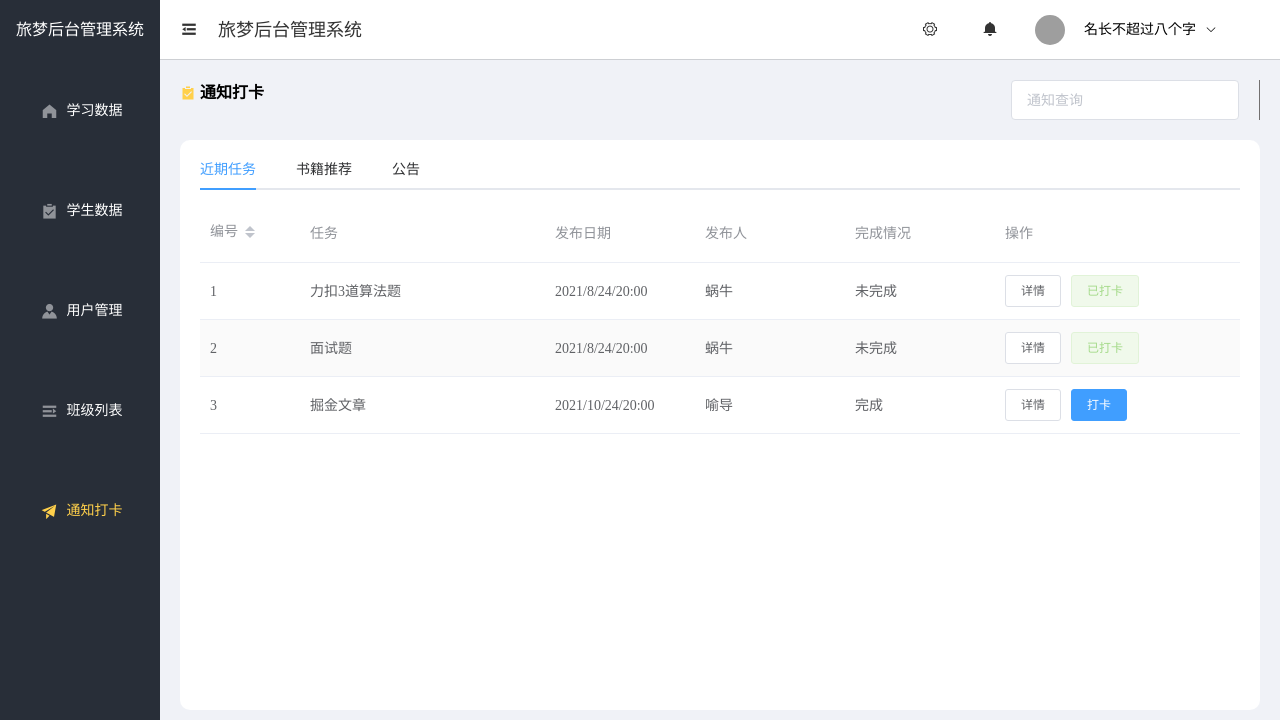
Repository: wangms618/LS-BS-management
Page: /Home
These files come from the project's save history. The page is drawn as it stood at one moment and after the next save; the edit follows.
The browser window is 1280 px wide. The pictures show the whole page.
Pictures or frames that could not be fetched are drawn as grey boxes. The project was rebuilt for these pictures with package versions that can differ from the ones it lists, and the page was loaded fresh each time. Also part of the build but not shown: vue.config.js, src/components/Student/Clocking.vue.

Above is the page before, as saved 2021-08-30 13:01:07.

### src/main.js
import Vue from 'vue'
import App from './App.vue'
import router from './router'
import store from './store'
import './assets/css/reset.css'
import ElementUI from 'element-ui';
import * as echarts from 'echarts';
import 'element-ui/lib/theme-chalk/index.css';
Vue.use(ElementUI);
Vue.config.productionTip = false
Vue.prototype.$echarts = echarts

new Vue({
  router,
  store,
  render: h => h(App)
}).$mount('#app')

### src/App.vue
<template>
  <div id="app">
    <router-view></router-view>
  </div>
</template>
<script>

export default {

  methods: {},
};
</script>
<style lang="less" >
#app{
  width: 100%;
  height: 100vh;
}
</style>

### src/router/index.js
import Vue from 'vue'
import VueRouter from 'vue-router'

Vue.use(VueRouter)

const routes = [
  {
    path: '/',
    redirect: '/Login',
  },
  {
    path: '/register',
    component: () => import('@/views/Register.vue')
  },
  {
    path: '/Login',
    component: () => import('@/views/Login.vue')
  },
  {
    path: '/Home',
    component: () => import('@/views/Home.vue'),
    redirect: '/StudentNotice', // 调试学生页面时开启
    // redirect: '/TeacherHome',
    // children: [
    //   {
    //     path: '/TeacherHome',
    //     name: 'TeacherHome',
    //     component: () => import('@/views/Teacher/TeacherHome.vue')
    //   },
    //   {
    //     path: '/LearningData',
    //     name: 'LearningData',
    //     component: () => import('@/views/Teacher/LearningData.vue')
    //   },
    //   {
    //     path: '/UserManagement',
    //     name: 'UserManagement',
    //     component: () => import('@/views/Teacher/UserManagement.vue')
    //   },
    //   {
    //     path: '/ClassList',
    //     name: 'ClassList',
    //     component: () => import('@/views/Teacher/ClassList.vue')
    //   },
    //   {
    //     path: '/CourseManagement',
    //     name: 'CourseManagement',
    //     component: () => import('@/views/Teacher/CourseManagement.vue')
    //   },
    //   {
    //     path: '/Employed',
    //     name: 'Employed',
    //     component: () => import('@/views/Teacher/Employed.vue')
    //   },
    //   {
    //     path: '/Notice',
    //     name: 'Notice',
    //     component: () => import('@/views/Teacher/Notice.vue')
    //   },
    // ]
    //调试学生页面时开启
    children: [
      {
        path: '/StudentNotice',
        name: "StudentNotice",
        component: () => import('@/views/Student/Notice.vue'),
      },
      {
        path: '/StudentHome',
        name: "StudentHome",
        component: () => import('@/views/Student/StudentHome.vue'),
      },
      {
        path: '/StudentData',
        name: "StudentData",
        component: () => import('@/views/Student/StudentData.vue'),
      }
    ]
  },

]

const router = new VueRouter({
  mode: 'history',
  base: process.env.BASE_URL,
  routes
})

export default router

### src/store/index.js
import * as types from './types'
import Vue from 'vue'
import Vuex from 'vuex'
Vue.use(Vuex)

export default new Vuex.Store({
  state: {
    salary: '',
    assignments: '',
    books: '',
    notification: ''
  },
  mutations: {
    [types.CHANGE_ASSIGNMENTS](state, obj) {
      state.assignments = obj;
      console.log('修改任务', obj.code);
    },
    [types.CHANGE_BOOKS](state, obj) {
      state.books = obj;
      console.log('修改书籍', state.books);
    },
    [types.CHANGE_NOTIFICATION](state, obj) {
      state.notification = obj;
      console.log('修改公告', obj);
    },
    [types.CHANGE_SALARY](state, obj) {
      state.salary = obj
      console.log('修改毕业信息', obj);
    },
    // 清空输入栏，原因：点击修改后输入栏会保存之前输入栏的内容
    clearAssignments(state) {
      if (state.assignments) {
        state.assignments = ''
      }
    },
    clearBooks(state) {
      if (state.books) {
        state.books = ''
      }
    },
    clearNotification(state) {
      if (state.notification) {
        state.notification = ''
      }
    },
    clearSalary(state) {
      if (state.salary) {
        state.salary = ''
      }
    }
  },
  actions: {
    changeAM({ commit }, obj) {
      commit(types.CHANGE_ASSIGNMENTS, obj)
    },
    changeBK({ commit }, obj) {
      commit(types.CHANGE_BOOKS, obj)
    },
    changeNC({ commit }, obj) {
      commit(types.CHANGE_NOTIFICATION, obj)
    },
    changeSA({ commit }, obj) {
      commit(types.CHANGE_SALARY, obj)
    }
  },
  getters: {

  },
  modules: {
  }
})

### src/views/Home.vue
// 后台首页
<template>
  <div>
    <el-container>
      <el-aside width="160px">
        <span>旅梦后台管理系统</span>
        <!-- <teacher-nav-menu></teacher-nav-menu> -->
        <student-nav-menu></student-nav-menu>
      </el-aside>
      <el-container>
        <el-header>
          <v-header></v-header>
        </el-header>
        <el-main>
          <router-view></router-view>
        </el-main>
      </el-container>
    </el-container>
  </div>
</template>

<script>
import StudentNavMenu from "@/components/Student/StudentNavMenu";
// import TeacherNavMenu from "@/components/Teacher/TeacherNavMenu";
import VHeader from "@/components/Common/Header.vue";
export default {
  components: {
    // TeacherNavMenu,
    VHeader,
    StudentNavMenu,
  },
};
</script>

<style lang="less" scoped>
.el-header {
  background-color: #fff;
  color: #333;
  text-align: center;
  line-height: 60px;
  border-bottom: 1px solid #cdcfd3;
}
.el-aside {
  background-color: #282e38;
  height: 100vh;
  color: #fff;
  text-align: center;
  line-height: 60px;
}
.el-main {
  background-color: #f0f2f7;
  height: 600px;
}
.el-main::-webkit-scrollbar {
  width: 0px;
}
</style>

### src/views/Student/Notice.vue
<template>
  <div class="container">
    <div class="header">
      <div class="header-left">
        <i class="el-icon-s-claim" style="color: #ffd04b"></i>
        <span class="header-title">通知打卡</span>
      </div>
      <div class="header-right">
        <el-input placeholder="通知查询" v-model="input" clearable> </el-input>
      </div>
    </div>
    <div class="data-content">
      <el-tabs v-model="activeName" @tab-click="handleClick">
        <el-tab-pane label="近期任务" name="assignment">
          <student-Assignment></student-Assignment>
        </el-tab-pane>
        <el-tab-pane label="书籍推荐" name="bookRecommend">
          <student-book-recommend></student-book-recommend>
        </el-tab-pane>
        <el-tab-pane label="公告" name="notification">
          <student-notification></student-notification>
        </el-tab-pane>
      </el-tabs>
    </div>
  </div>
</template>

<script>
import StudentBookRecommend from '@/components/Student/SBookRecommend'
import StudentAssignment from '@/components/Student/SAssignment'
import StudentNotification from '@/components/Student/SNotification'
export default {
  components:{
    // 学生任务
    StudentAssignment,
    // 学生书籍推荐
    StudentBookRecommend,
    // 公告
    StudentNotification
  },
  data() {
    return {
      input: "",
      // activeName跟随name
      activeName: "assignment",
    };
  },
  methods: {
    handleClick(tab, event) {
      console.log(tab.$options.propsData, event);
      console.log(this.activeName);
    },
  },
};
</script>

<style lang="less" scoped>
.header {
  display: flex;
  justify-content: space-between;
  align-items: center;
  .header-left {
    width: 200px;
    height: 30px;
    position: relative;
    .header-title {
      position: absolute;
      left: 20px;
      font-weight: bold;
    }
  }
  .header-right {
    padding-right: 20px;
    border-right: 1px solid #727070;
    .learn-data_search {
      height: 20px;
      border-radius: 20px;
      border: 1px solid #445cfc;
    }
  }
}
.data-content {
  width: calc(100% - 40px);
  background: #fff;
  height: 550px;
  padding: 10px 20px;
  margin-top: 20px;
  border-radius: 10px;
}
</style>

### src/store/types.js
export const CHANGE_ASSIGNMENTS = 'changeAssignments'
export const CHANGE_BOOKS = 'changeBooks'
export const CHANGE_NOTIFICATION = 'changeNotification'
export const CHANGE_SALARY = 'changeSalary'

### src/components/Student/StudentNavMenu.vue
<template>
  <el-row class="tac">
    <el-col>
      <el-menu
        router="true"
        :default-active="activeItem"
        class="el-menu-vertical-demo"
        background-color="#282E38"
        text-color="#fff"
        active-text-color="#ffd04b"
      >
        <el-menu-item index="/StudentData">
          <i class="el-icon-s-home"></i>
          <span slot="title">学习数据</span>
        </el-menu-item>
        <el-menu-item index="/StudentData">
          <i class="el-icon-s-claim"></i>
          <span slot="title">学生数据</span>
        </el-menu-item>
        <el-menu-item index="/StudentData">
          <i class="el-icon-s-custom"></i>
          <span slot="title">用户管理</span>
        </el-menu-item>
        <el-menu-item index="/StudentData">
          <i class="el-icon-s-unfold"></i>
          <span slot="title">班级列表</span>
        </el-menu-item>
        <el-menu-item index="StudentNotice">
          <i class="el-icon-s-promotion"></i>
          <span slot="title">通知打卡</span>
        </el-menu-item>
      </el-menu>
    </el-col>
  </el-row>
</template>

<script>
export default {
  data() {
    return {
      activeItem: "",
    };
  },
  mounted() {
    this.activeItem = window.location.pathname.slice(1);
  },
};
</script>

<style lang="less">
.el-menu-item {
  height: 100px;
  line-height: 100px;
  width: 160px;
}
</style>

### src/components/Common/Header.vue
<template>
  <div class="header">
    <div class="header-left">
      <i class="el-icon-s-fold"></i>
      <span>旅梦后台管理系统</span>
    </div>
    <div class="header-right">
      <div class="header-right_setting">
        <i class="el-icon-setting"></i>
      </div>
      <div class="header-right_notice">
        <i class="el-icon-message-solid"></i>
      </div>
      <div class="header-right_user">
        <el-dropdown>
          <div class="el-dropdown-link">
            <div class="header-user_img">
              <img
                src="https://img03.sogoucdn.com/app/a/100520093/ca86e620b9e623ff-f4709b64c5c0ee80-4767e89ad0a20b3e72a61fe4a89414f2.jpg"
              />
            </div>
            <div class="header-user_name"><span>名长不超过八个字</span></div>
            <div class="icon">
              <i class="el-icon-arrow-down el-icon--right"></i>
            </div>
          </div>
          <el-dropdown-menu slot="dropdown">
            <el-dropdown-item>修改密码</el-dropdown-item>
            <el-dropdown-item>退出登录</el-dropdown-item>
          </el-dropdown-menu>
        </el-dropdown>
      </div>
    </div>
  </div>
</template>

<script>
export default {};
</script>

<style lang="less" scoped>
.header {
  display: flex;
  justify-content: space-between;
  width: 100%;
  height: 60px;
  .header-left {
    font-size: 18px;
    span {
      margin-left: 20px;
    }
  }
  .header-right {
    display: flex;
    width: 360px;
    .header-right_setting,
    .header-right_notice {
      width: 60px;
      height: 60px;
      .el-icon-setting,
      .el-icon-message-solid {
        cursor: pointer;
      }
    }
    .header-right_user {
      .el-dropdown-link {
        cursor: pointer;
        color: #000;
        display: flex;
        width: 200px;
        height: 60px;
        box-sizing: border-box;
        .header-user_img {
          width: 60px;
          height: 60px;
          display: flex;
          img {
            margin: auto;
            width: 30px;
            height: 30px;
            border-radius: 50%;
          }
        }
        .header-user_name {
          width: 120px;
        }
      }
      .el-icon-arrow-down {
        font-size: 12px;
      }
    }
  }
}
</style>

### src/components/Student/SBookRecommend.vue
// 书籍推荐
<template>
  <div class="container">
    <div class="table">
      <div class="table-name"><span>书名</span></div>
      <div class="table-author"><span>作者</span></div>
      <div class="table-link"><span>链接</span></div>
    </div>
    <div class="books-box">
      <div class="books" v-for="item in books" :key="item.id">
        <div class="books-name">
          <span>{{ item.name }}</span>
        </div>
        <div class="books-author">
          <span>{{ item.author }}</span>
        </div>
        <div class="books-link">
          <el-link type="primary" :href="item.links">链接</el-link>
        </div>
      </div>
    </div>
  </div>
</template>

<script>
export default {
  data() {
    return {
      books: [
        {
          name: "你不知道的javascirpt上卷1",
          author:'KYLE SIMPSON',
          links: "https://leetcode-cn.com/",
          id: 18230,
        },
        {
          name: "你不知道的javascirpt上卷2",
          author:'KYLE SIMPSON',
          links: "https://leetcode-cn.com/",
          id: 18321231,
        },
        {
          name: "你不知道的javascirpt上卷3",
          author:'KYLE SIMPSON',
          links: "https://leetcode-cn.com/",
          id: 18321326,
        },
      ],
    };
  },
  methods: {},
};
</script>

<style lang="less" scoped>
.container {
  height: 500px;
  .table {
    width: 100%;
    height: 30px;
    display: flex;
    border-bottom: 1px solid rgb(228, 231, 237);
    .table-author {
      width: 15%;
      height: 100%;
      text-align: center;
    }
    .table-name {
      width: 30%;
      text-align: center;
    }
    .table-link {
      flex: 1;
      text-align: center;
    }
  }
  .books-box {
    height: 420px;
    overflow-y: scroll;
    .books {
      width: 100%;
      height: 140px;
      border-bottom: 1px solid rgb(228, 231, 237);
      display: flex;
      .books-author {
        width: 15%;
        // height: 140px;
        display: flex;
        span {
          margin: auto;
        }
      }
      .books-name {
        width: 30%;
        display: flex;
        span {
          margin: auto;
        }
      }
      .books-link {
        flex: 1;
        display: flex;
        .el-link {
          margin: auto;
        }
      }
    }
  }
}
</style>

### src/components/Student/SAssignment.vue
<template>
  <div class="container">
    <el-table
      :data="tableData"
      stripe
      style="width: 100%"
      height="450"
      highlight-current-row
      @current-change="handleCurrentChange"
    >
      <el-table-column
        prop="code"
        sortable
        label="编号"
        width="100"
      ></el-table-column>
      <el-table-column prop="missionTitle" label="任务"></el-table-column>
      <el-table-column prop="pushDate" label="发布日期" width="150">
      </el-table-column>
      <el-table-column prop="sender" label="发布人" width="150">
      </el-table-column>
      <el-table-column prop="finishState" label="完成情况" width="150">
      </el-table-column>
      <el-table-column label="操作">
        <template slot-scope="scope">
          <!-- 拿到对应行的对象 -->
          <el-button size="small" @click.stop="showAssignment(scope.row)"
            >详情</el-button
          >
          <!-- <el-button size="small" @click="dialogVisible = true">详情</el-button> -->
          <el-button
            v-if="scope.row.state"
            type="primary"
            size="small"
            @click.stop="clocking(scope.row)"
          >
            打卡
          </el-button>
          <el-button v-if="!scope.row.state" size="small" type="success" plain disabled
            >已打卡</el-button
          >
        </template>
      </el-table-column>
    </el-table>
    <!-- 点击详情弹出的窗口 -->
    <el-dialog
      title="任务详情"
      :visible.sync="dialogVisible"
      width="50%"
      :before-close="handleClose"
    >
      <el-descriptions column="1" direction="vertical">
        <el-descriptions-item label="任务名" labelStyle="font-weight:1000">{{
          this.content.missionTitle
        }}</el-descriptions-item>
        <el-descriptions-item label="任务内容" labelStyle="font-weight:1000">{{
          this.content.missions
        }}</el-descriptions-item>
        <el-descriptions-item label="发布人" labelStyle="font-weight:1000"
          ><el-tag size="small">{{
            this.content.sender
          }}</el-tag></el-descriptions-item
        >
        <el-descriptions-item label="发布日期" labelStyle="font-weight:1000">{{
          this.content.pushDate
        }}</el-descriptions-item>
      </el-descriptions>
      <span slot="footer" class="dialog-footer">
        <el-button type="primary" @click="dialogVisible = false"
          >确 定</el-button
        >
      </span>
    </el-dialog>
  </div>
</template>

<script>
import Clocking from "@/components/Student/Clocking";
import { MessageBox, Message } from "element-ui";
export default {
  methods: {
    // 选中事件
    handleCurrentChange(currentRow, oldCurrentRow) {
      console.log(currentRow, oldCurrentRow);
      console.log("handleCurrentChange");
      this.dialogVisible = true;
      this.content = currentRow;
    },
    // 展示详情
    showAssignment(row) {
      console.log(row);
      this.content = row;
      this.dialogVisible = true;
    },
    // 打卡
    clocking(row) {
      console.log(row);
      const submitTask = this.$createElement;
      MessageBox({
        title: "任务打卡",
        closeOnClickModal: false, // 不可点击遮罩层取消，防止误触
        message: submitTask(Clocking, {
          ref: "childMethod",
        }), // MessageBox 消息正文内容，这里需要调用子组件中的方法
        showCancelButton: true, // 是否显示取消按钮
        confirmButtonText: "打卡", // 确定按钮的文本内容
        cancelButtonText: "取消", // 取消按钮的文本内容
        beforeClose: (action, instance, done) => {
          if (action === "confirm") {
            // 点击确定
            instance.confirmButtonLoading = true;
            instance.confirmButtonText = "执行中...";
            if (this.$refs.childMethod.onSubmit()) {
              // 调用子组件的onSubmit方法，成功提交
              instance.confirmButtonLoading = false;
              done();
            } else {
              instance.confirmButtonLoading = false;
              instance.confirmButtonText = "打卡";
            }
          } else {
            // 点击退出
            done();
          }
        },
      }).then(() => {
        Message({
          // 消息提示
          type: "success",
          message: "添加成功",
          duration: 2000,
        });
      });
    },
    // 关闭详情消息框
    handleClose(done) {
      done();
    },
  },
  data() {
    return {
      tableData: [
        {
          code: 1,
          missionTitle: "力扣3道算法题",
          missions:
            "每日力扣3道算法题每日力扣3道算法题每日力扣3道算法题每日力扣3道算法题每日力扣3道算法题每日力扣3道算法题每日力扣3道算法题每日力扣3道算法题每日力扣3道算法题每日力扣3道算法题每日力扣3道算法题每日力扣3道算法题每日力扣3道算法题每日力扣3道算法题每日力扣3道算法题",
          pushDate: "2021/8/24/20:00",
          sender: "蜗牛",
          finishState: "未完成",
          state: false,
        },
        {
          code: 2,
          missionTitle: "面试题",
          missions: "每日力扣3道算法题",
          pushDate: "2021/8/24/20:00",
          sender: "蜗牛",
          finishState: "未完成",
          state: false,
        },
        {
          code: 3,
          missionTitle: "掘金文章",
          missions: "写一篇文章",
          pushDate: "2021/10/24/20:00",
          sender: "喻导",
          finishState: "完成",
          state: true,
        },
      ],
      dialogVisible: false,
      // 存放要查看的任务的详情
      content: "",
    };
  },
};
</script>

<style lang="less" scoped>
.container {
  height: 400px;
  .add-assignment {
    margin-top: 10px;
    .el-button {
      float: right;
    }
  }
}
</style>

### src/components/Student/SNotification.vue
<template>
  <div class="container">
    <el-table
      :data="tableData"
      stripe
      style="width: 100%"
      height="450"
      @current-change="handleCurrentChange"
    >
      <el-table-column prop="title" label="标题" width="180"> </el-table-column>
      <el-table-column prop="content" label="内容" width="180">
      </el-table-column>
      <el-table-column prop="pushDate" label="发布日期"> </el-table-column>
      <el-table-column prop="pushBy" label="发布人"> </el-table-column>
      <el-table-column label="操作" width="200">
        <template slot-scope="scope">
          <!-- 拿到对应行的对象 -->
          <el-button size="small" @click.stop="showNotification(scope.row)"
            >详情</el-button
          >
        </template>
      </el-table-column>
    </el-table>
    <el-dialog
      title="公告详情"
      :visible.sync="dialogVisible"
      width="50%"
      :before-close="handleClose"
    >
      <el-descriptions column="1" direction="vertical">
        <el-descriptions-item label="标题" labelStyle="font-weight:1000">{{
          this.content.title
        }}</el-descriptions-item>
        <el-descriptions-item label="公告内容" labelStyle="font-weight:1000">{{
          this.content.content
        }}</el-descriptions-item>
        <el-descriptions-item label="发布日期" labelStyle="font-weight:1000">{{
          this.content.pushDate
        }}</el-descriptions-item>
        <el-descriptions-item label="发布人" labelStyle="font-weight:1000">{{
          this.content.pushBy
        }}</el-descriptions-item>
      </el-descriptions>
      <span slot="footer" class="dialog-footer">
        <el-button type="primary" @click="dialogVisible = false"
          >确 定</el-button
        >
      </span>
    </el-dialog>
  </div>
</template>

<script>
export default {
  data() {
    return {
      tableData: [
        {
          title: "周日LOL1",
          content: "网吧五连坐",
          pushDate: "2021/8/7",
          pushBy: "王**",
        },
        {
          title: "周日LOL2",
          content: "网吧五连坐3",
          pushDate: "2021/8/7",
          pushBy: "刘**",
        },
        {
          title: "周日LOL3",
          content: "网吧五连坐1",
          pushDate: "2021/8/7",
          pushBy: "游**",
        },
        {
          title: "周日LOL4",
          content: "网吧五连坐4",
          pushDate: "2021/8/7",
          pushBy: "郭**",
        },
      ],
      dialogVisible: false,
      content: "",
    };
  },
  methods: {
    handleCurrentChange(currentRow, oldCurrentRow) {
      console.log(currentRow, oldCurrentRow);
      console.log("handleCurrentChange");
      this.dialogVisible = true;
      this.content = currentRow;
    },
    showNotification(row) {
      console.log(row);
      this.content = row;
      this.dialogVisible = true;
    },
    handleClose(done) {
      done();
    },
  },
};
</script>

<style lang="less" scoped>
.container {
  height: 500px;
  .add-notice {
    margin-top: 10px;
    .el-button {
      float: right;
    }
  }
}
</style>

Loaded but not shown: public/index.html (common file); src/assets/css/reset.css (common file)

After the next save:
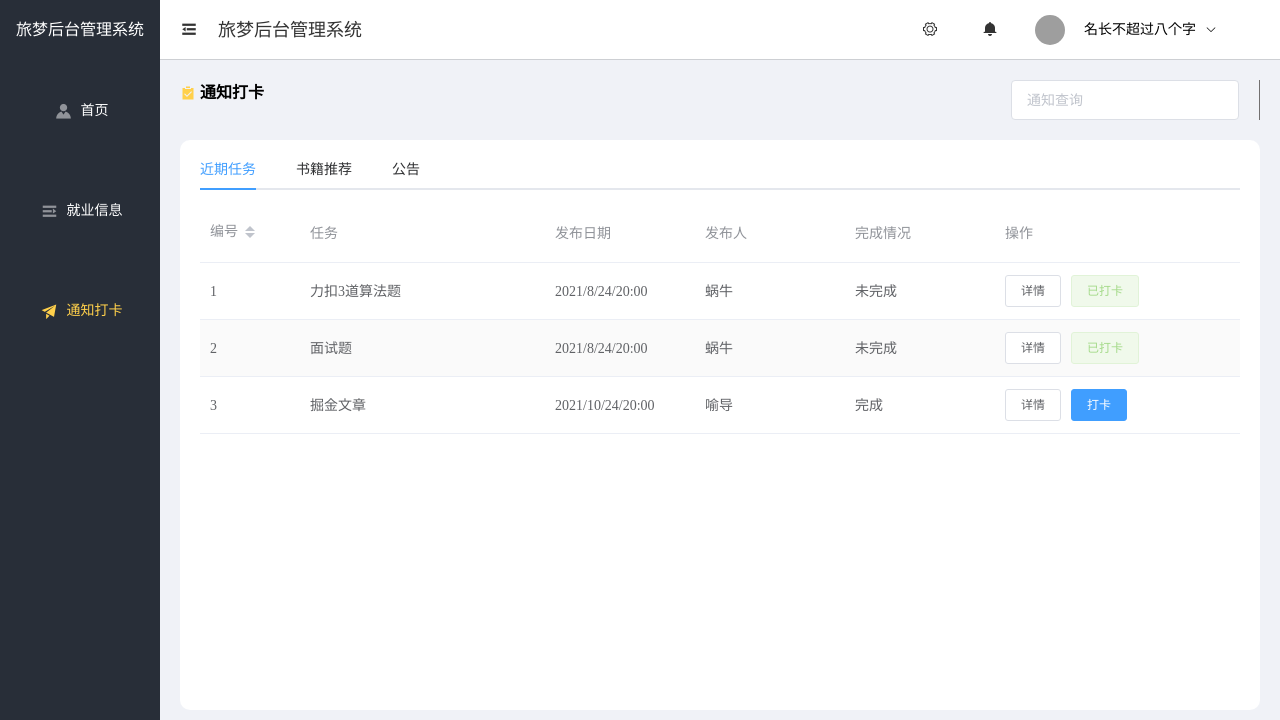
Saved 2 min 16 s later.
--- a/src/components/Student/StudentNavMenu.vue
+++ b/src/components/Student/StudentNavMenu.vue
@@ -10,20 +10,12 @@
         active-text-color="#ffd04b"
       >
         <el-menu-item index="/StudentData">
-          <i class="el-icon-s-home"></i>
-          <span slot="title">学习数据</span>
-        </el-menu-item>
-        <el-menu-item index="/StudentData">
-          <i class="el-icon-s-claim"></i>
-          <span slot="title">学生数据</span>
-        </el-menu-item>
-        <el-menu-item index="/StudentData">
           <i class="el-icon-s-custom"></i>
-          <span slot="title">用户管理</span>
+          <span slot="title">首页</span>
         </el-menu-item>
         <el-menu-item index="/StudentData">
           <i class="el-icon-s-unfold"></i>
-          <span slot="title">班级列表</span>
+          <span slot="title">就业信息</span>
         </el-menu-item>
         <el-menu-item index="StudentNotice">
           <i class="el-icon-s-promotion"></i>
